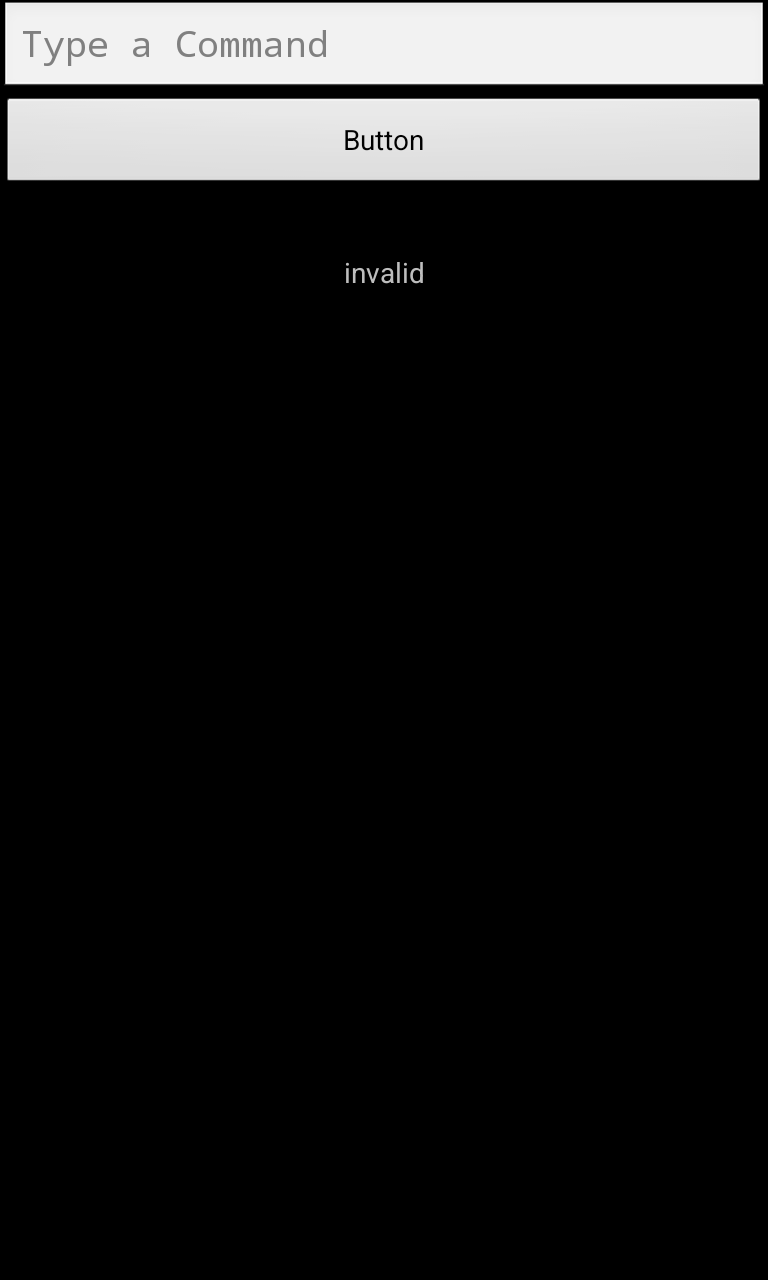
Repository: mcranwill/java_android
Layout: newboston/res/layout/text.xml
An editor plug-in stored every save of this project. The layout is shown before and after the next save, followed by the edit.
It is drawn on a 768 x 1280 px phone screen (xhdpi) without system bars, with theme android:Theme; the app's code is not run.

Above is the layout before, as saved 2012-06-10 18:39:35.

### newboston/res/layout/text.xml
<?xml version="1.0" encoding="UTF-8"?>
<LinearLayout xmlns:android="http://schemas.android.com/apk/res/android"
    android:layout_width="match_parent"
    android:layout_height="match_parent"
    android:orientation="vertical" >

    <EditText
        android:id="@+id/etCommands"
        android:layout_width="fill_parent"
        android:layout_height="wrap_content"
        android:hint="@string/basic_hint"
        android:password="true" />

    <LinearLayout android:layout_width="fill_parent"
        android:layout_height="wrap_content"
        android:orientation="horizontal">

        <Button
            android:id="@+id/bResults"
            android:layout_width="fill_parent"
            android:layout_height="wrap_content"
            android:text="Button" />

        <ToggleButton
            android:id="@+id/toggleButton1"
            android:layout_width="fill_parent"
            android:layout_height="wrap_content"
            android:text="ToggleButton" />
    </LinearLayout>

    <TextView
        android:id="@+id/tvResutls"
        android:layout_width="fill_parent"
        android:layout_height="wrap_content"
        android:gravity="center"
        android:text="invalid" />

</LinearLayout>

### newboston/res/values/strings.xml
<?xml version="1.0" encoding="utf-8"?>
<resources>

    <string name="hello">Hello World, StartingPoint!</string>
    <string name="app_name">Newboston</string>
    <string name="basic_hint">Type a Command</string>

</resources>

After the next save:
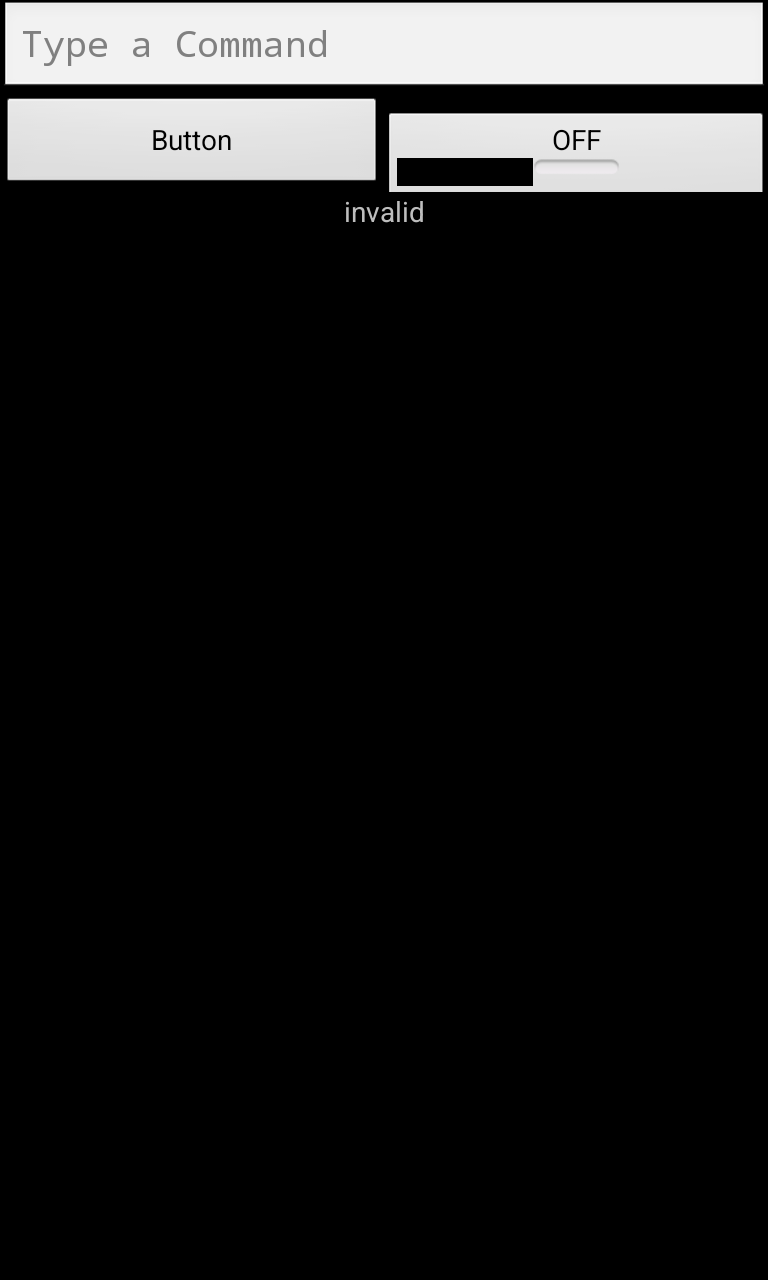
Saved 88 s later.
--- a/newboston/res/layout/text.xml
+++ b/newboston/res/layout/text.xml
@@ -11,17 +11,21 @@
         android:hint="@string/basic_hint"
         android:password="true" />
 
-    <LinearLayout android:layout_width="fill_parent"
+    <LinearLayout
+        android:layout_width="fill_parent"
         android:layout_height="wrap_content"
-        android:orientation="horizontal">
+        android:orientation="horizontal"
+        android:weightSum="100">
 
         <Button
+            android:layout_weight="50"
             android:id="@+id/bResults"
             android:layout_width="fill_parent"
             android:layout_height="wrap_content"
             android:text="Button" />
 
         <ToggleButton
+            android:layout_weight="50"
             android:id="@+id/toggleButton1"
             android:layout_width="fill_parent"
             android:layout_height="wrap_content"
